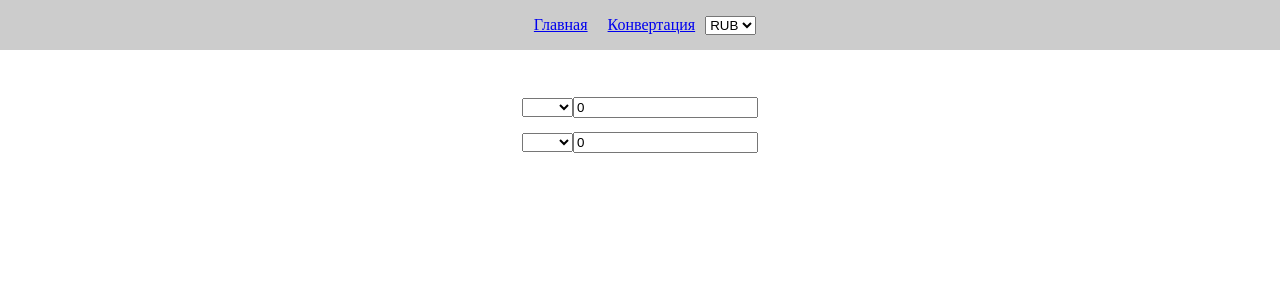
Repository: Friend689/vite-vue-currency-conversion
Page: /convert
The author's editor kept a copy of each file at every save. The page is drawn from the files as they stood at one save, then again after the next save.
The browser window is 1280 px wide. The pictures show the whole page.
The page's requests for data from a server got no answer. The project was rebuilt for these pictures with package versions that can differ from the ones it lists, and the page was loaded fresh each time. No one was signed in, and anything a server would have sent is missing. Also part of the build but not shown: vite.config.js, src/views/Main.vue.

Above is the page before, as saved 2024-09-03 20:09:08.

After the next save:
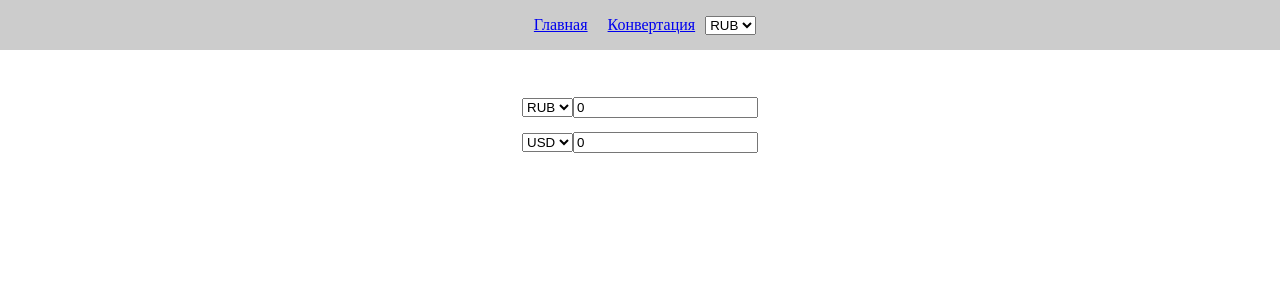
Saved 9 s later.
--- a/src/views/Convert.vue
+++ b/src/views/Convert.vue
@@ -6,8 +6,8 @@ const props = defineProps([
   "rates"
 ]);
 
-const fromCurrency = ref('RUB');
-const toCurrency = ref('USD');
+const fromCurrency = ref('rub');
+const toCurrency = ref('usd');
 const fromValue = ref(0);
 const toValue = ref(0);
 const error = ref('');
